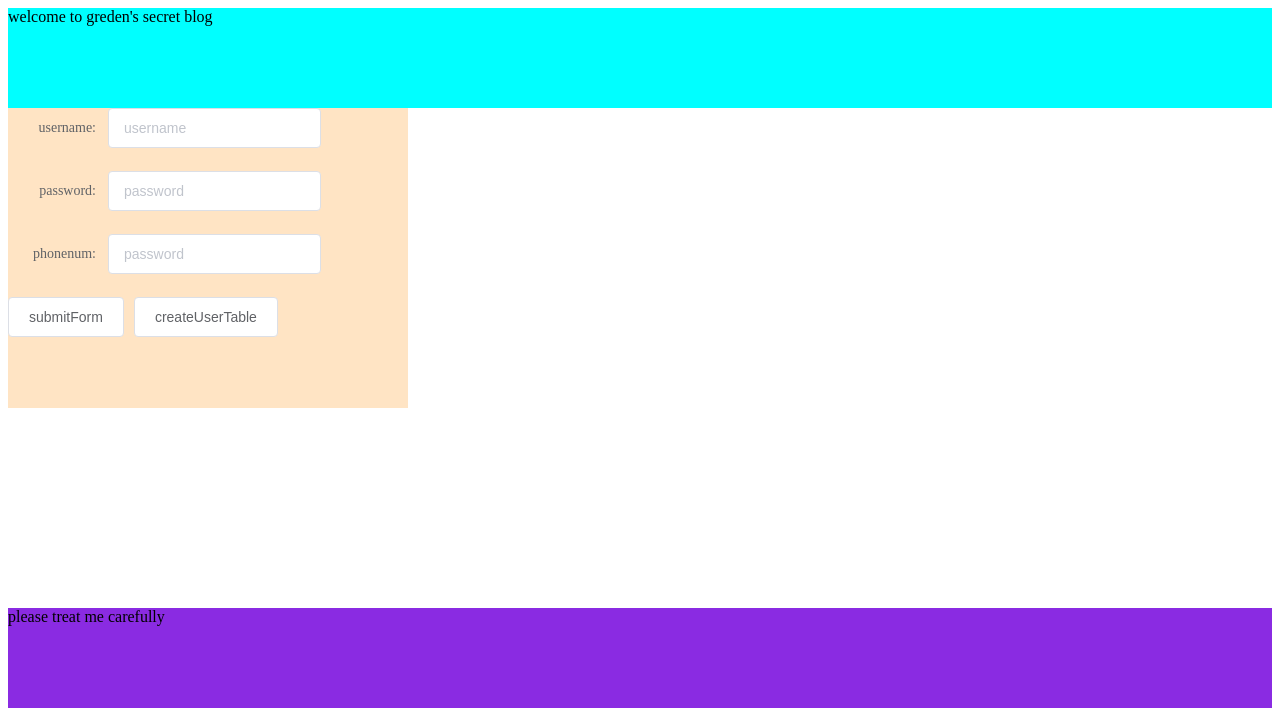
Repository: greden0814/myBlog
Page: /
An editor plug-in stored every save of this project. The page is shown before and after the next save, followed by the edit.
The browser window is 1280 px wide. The pictures show the whole page.
The project was rebuilt for these pictures with package versions that can differ from the ones it lists, and the page was loaded fresh each time.

Above is the page before, as saved 2021-07-15 13:19:34.

After the next save:
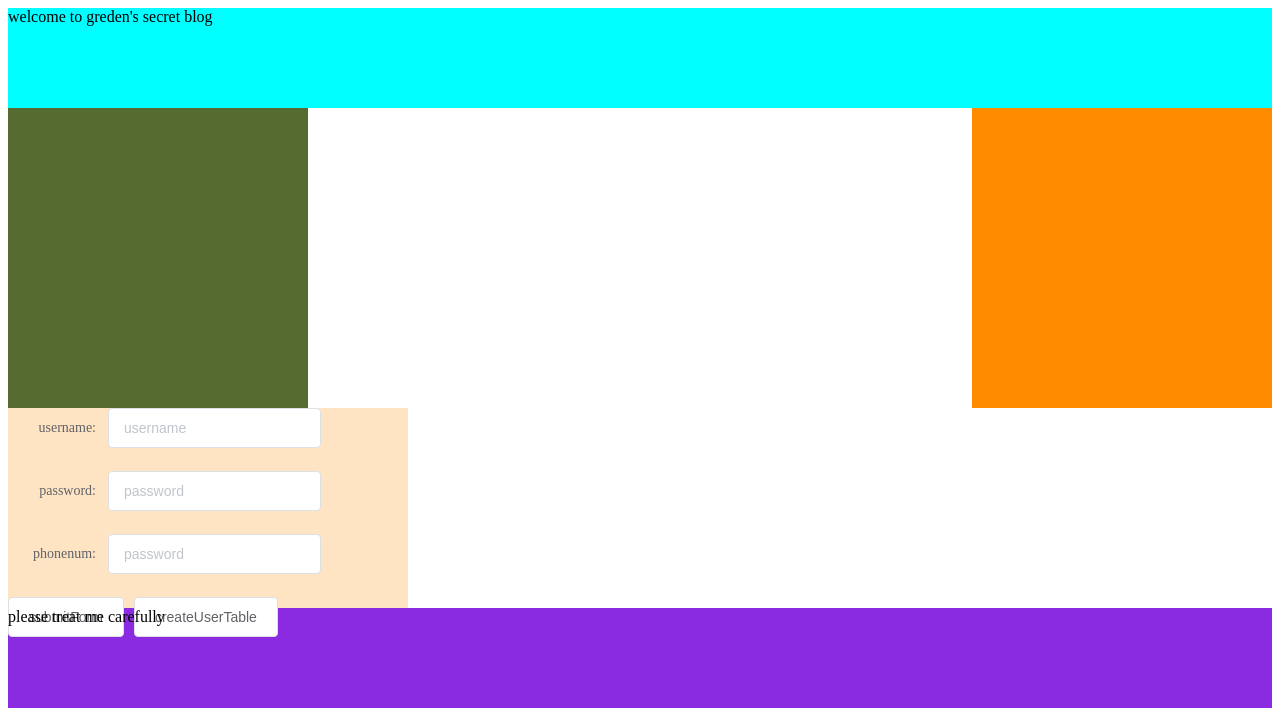
Saved 51 s later.
--- a/src/views/login/index.vue
+++ b/src/views/login/index.vue
@@ -97,12 +97,14 @@ export default {
   }
   .body {
     height: 500px;
+    &>div {
+      height: 300px;
+    }
     .left {
       width: 300px;
       background-color: darkolivegreen;
     }
     .loginZone {
-      height: 300px;
       width: 400px;
       background-color: bisque;
     }
